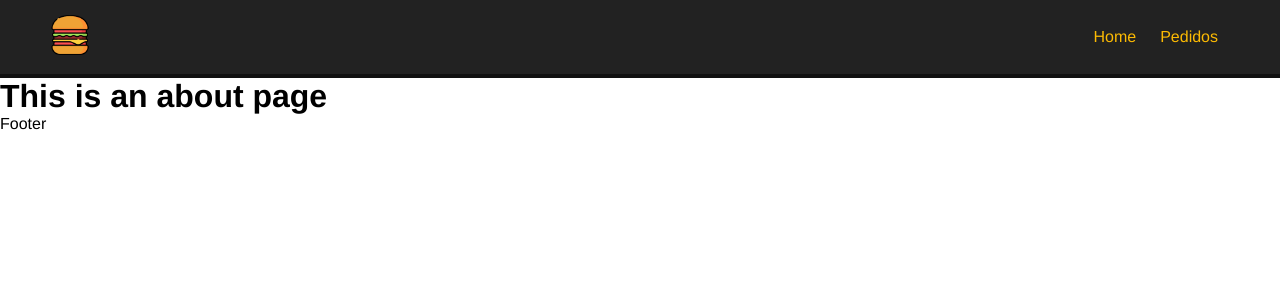
Repository: brunofa23/makeyourburguer
Page: /pedidos
These files come from the project's save history. The page is drawn as it stood at one moment and after the next save; the edit follows.
The browser window is 1280 px wide. The pictures show the whole page.
The project was rebuilt for these pictures with package versions that can differ from the ones it lists, and the page was loaded fresh each time. Also part of the build but not shown: vue.config.js, src/views/HomeView.vue.

Above is the page before, as saved 2022-08-08 20:35:51.

### src/App.vue
<template>
  <Navbar :logo="logo_src" :alt="app_name"/>
  <router-view/>
  <Footer />
</template>

<script>
import Navbar from './components/Navbar.vue';
import Footer from './components/Footer.vue';

export default{
  components:{ Navbar, Footer },
  data(){
    return{
      logo_src:"/img/logo.png",
      app_name:"Make Your Burguer"
    }

  }
}

</script>

<style>
*{
  font-family: Helvetica, sans-serif;
  padding: 0;
  margin: 0;
  box-sizing: border-box;
}
</style>

### src/router/index.js
import { createRouter, createWebHistory } from 'vue-router'
import HomeView from '../views/HomeView.vue'

const routes = [
  {
    path: '/',
    name: 'home',
    component: HomeView
  },
  {
    path: '/pedidos',
    name: 'Pedidos',
    // route level code-splitting
    // this generates a separate chunk (about.[hash].js) for this route
    // which is lazy-loaded when the route is visited.
    component: () => import(/* webpackChunkName: "about" */ '../views/PedidosView.vue')
  }
]

const router = createRouter({
  history: createWebHistory(process.env.BASE_URL),
  routes
})

export default router

### src/components/Navbar.vue
<template>
  <div id="nav">
    <router-link to="/" id="logo-url">
        <img :src="logo" :alt="alt" id="logo" >
    </router-link>
    <router-link to="/">Home</router-link>
    <router-link to="/pedidos">Pedidos</router-link>
  </div>
</template>

<script>
export default {
    name:"Navbar",
    props:["logo", "alt"]
}
</script>

<style scoped>
#nav{
  background-color:#222 ;
  border-bottom: 4px solid #111;
  padding: 15px 50px;
  display: flex;
  justify-content: flex-end;
  align-items: center;


}

#nav #logo-url{
  margin: auto;
  margin-left: 0;


}

#logo{
  width: 40px;
  height: 40px;
}

#nav a{
  color: #FCBA03;
  text-decoration: none;
  margin: 12px;
  transition: .5s;

}
#nav a:hover{
  color:#FFF;
}

</style>

### src/components/Footer.vue
<template>
    <P>Footer</P>
</template>


<script>
export default{
    name: "Footer"
}

</script>

### src/views/PedidosView.vue
<template>
  <div class="main-container">
    <h1>This is an about page</h1>
  </div>
</template>

Loaded but not shown: public/index.html (common file); src/main.js (common file)

After the next save:
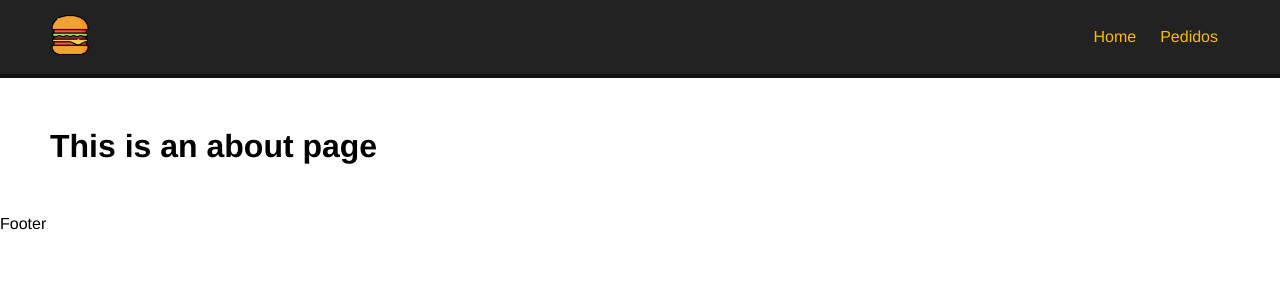
Saved 36 s later.
--- a/src/App.vue
+++ b/src/App.vue
@@ -28,4 +28,9 @@ export default{
   margin: 0;
   box-sizing: border-box;
 }
+
+
+.main-container{
+  margin:50px
+}
 </style>
